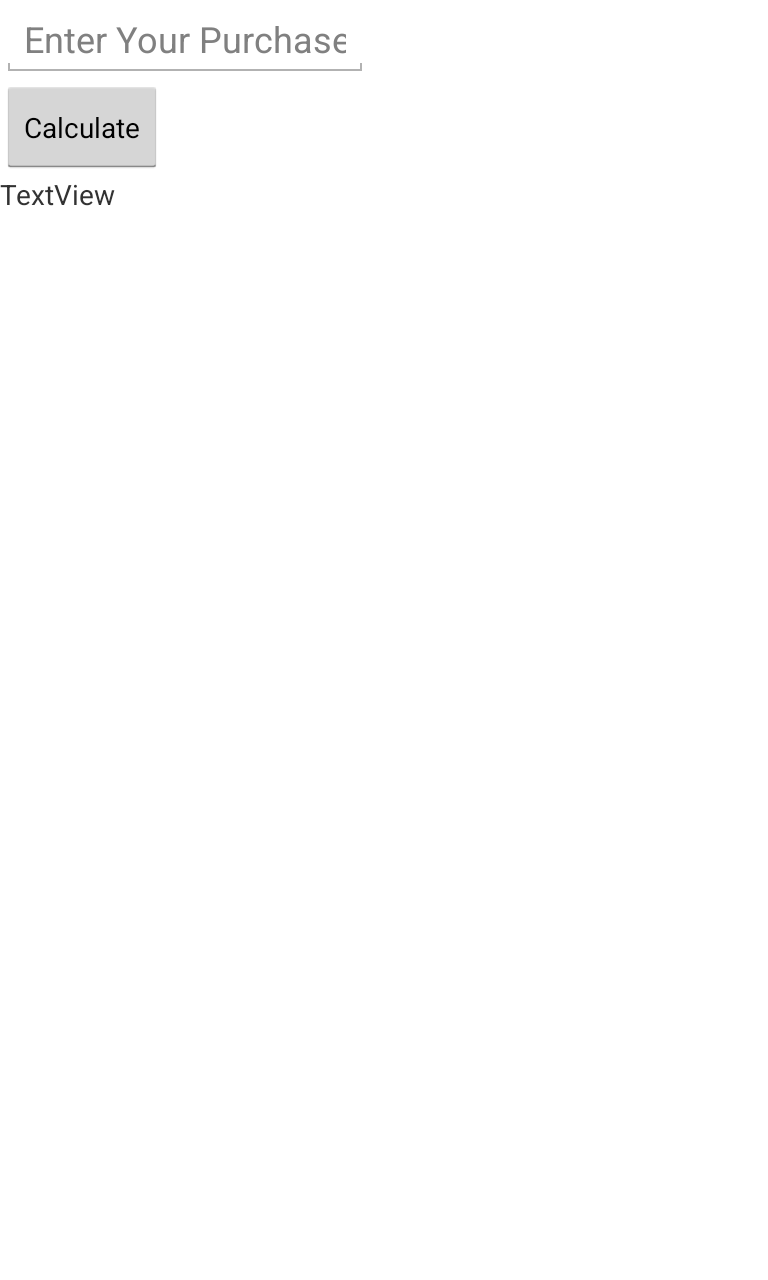
Repository: missxlian/angelHackSac
Layout: workspace/NoteHack/res/layout/fragment_section_intrate.xml
The author's editor kept a copy of each file at every save. The layout is drawn from the files as they stood at one save, then again after the next save.
It is drawn on a 768 x 1280 px phone screen (xhdpi) without system bars, with theme android:Theme.Holo.Light.DarkActionBar; the app's code is not run.

Above is the layout before, as saved 2013-12-01 08:00:21.

### workspace/NoteHack/res/layout/fragment_section_intrate.xml
<?xml version="1.0" encoding="utf-8"?>
<LinearLayout xmlns:android="http://schemas.android.com/apk/res/android"
    android:id="@+id/LinearLayout1"
    android:layout_width="match_parent"
    android:layout_height="match_parent"
    android:orientation="vertical" >

    <EditText
        android:id="@+id/purPrice"
        android:layout_width="185dp"
        android:layout_height="wrap_content"
        android:ems="10"
        android:hint="Enter Your Purchase Price"
        android:inputType="numberDecimal" />

    <Button
        android:id="@+id/interestRate"
        style="?android:attr/buttonStyleSmall"
        android:layout_width="wrap_content"
        android:layout_height="wrap_content"
        android:text="Calculate" />

    <TextView
        android:id="@+id/textView1"
        android:layout_width="182dp"
        android:layout_height="57dp"
        android:text="TextView" />

</LinearLayout>

After the next save:
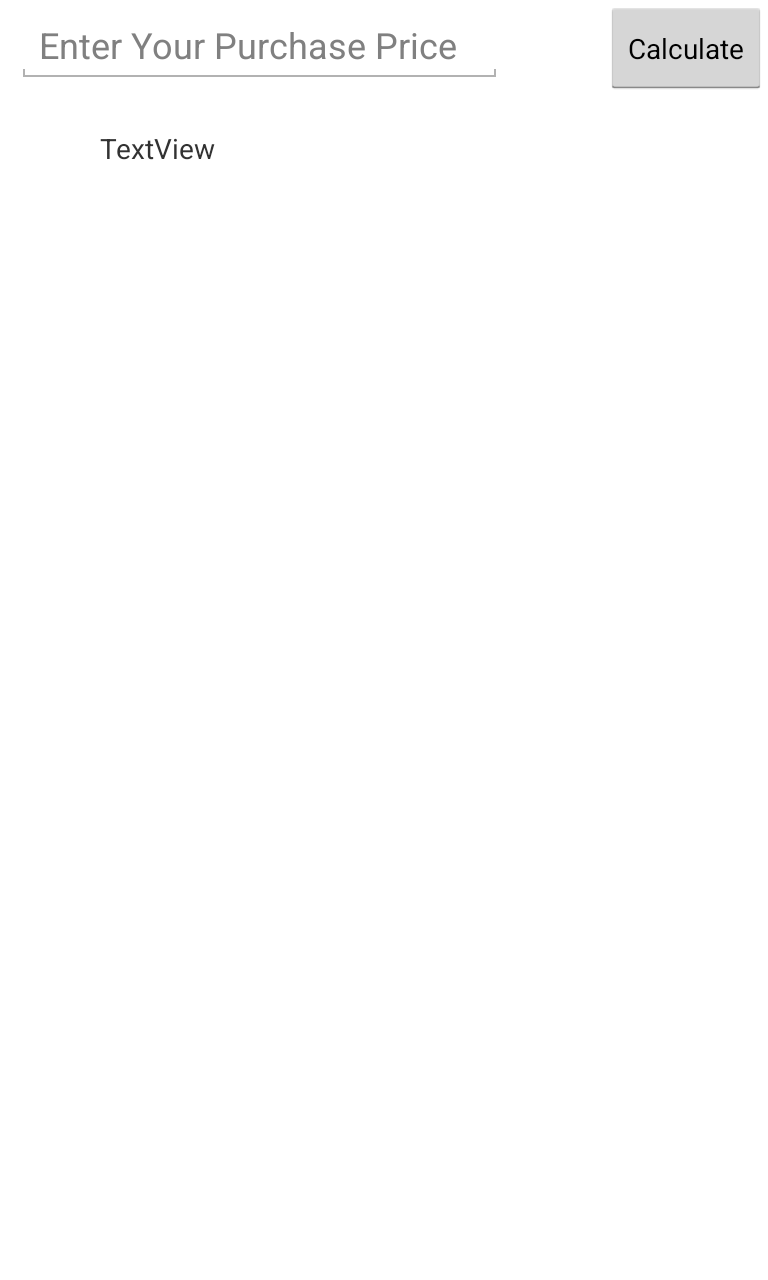
Saved 4 min 59 s later.
--- a/workspace/NoteHack/res/layout/fragment_section_intrate.xml
+++ b/workspace/NoteHack/res/layout/fragment_section_intrate.xml
@@ -3,15 +3,25 @@
     android:id="@+id/LinearLayout1"
     android:layout_width="match_parent"
     android:layout_height="match_parent"
-    android:orientation="vertical" >
+    android:orientation="horizontal" >
+
+    <TextView
+        android:id="@+id/textView1"
+        android:layout_width="wrap_content"
+        android:layout_height="wrap_content"
+        android:text="TextView"
+        android:translationX="50sp"
+        android:translationY="50sp" />
 
     <EditText
         android:id="@+id/purPrice"
         android:layout_width="185dp"
         android:layout_height="wrap_content"
+        android:layout_weight="52.12"
         android:ems="10"
         android:hint="Enter Your Purchase Price"
-        android:inputType="numberDecimal" />
+        android:inputType="numberDecimal"
+        android:translationX="-50sp"/>
 
     <Button
         android:id="@+id/interestRate"
@@ -20,10 +30,4 @@
         android:layout_height="wrap_content"
         android:text="Calculate" />
 
-    <TextView
-        android:id="@+id/textView1"
-        android:layout_width="182dp"
-        android:layout_height="57dp"
-        android:text="TextView" />
-
 </LinearLayout>
